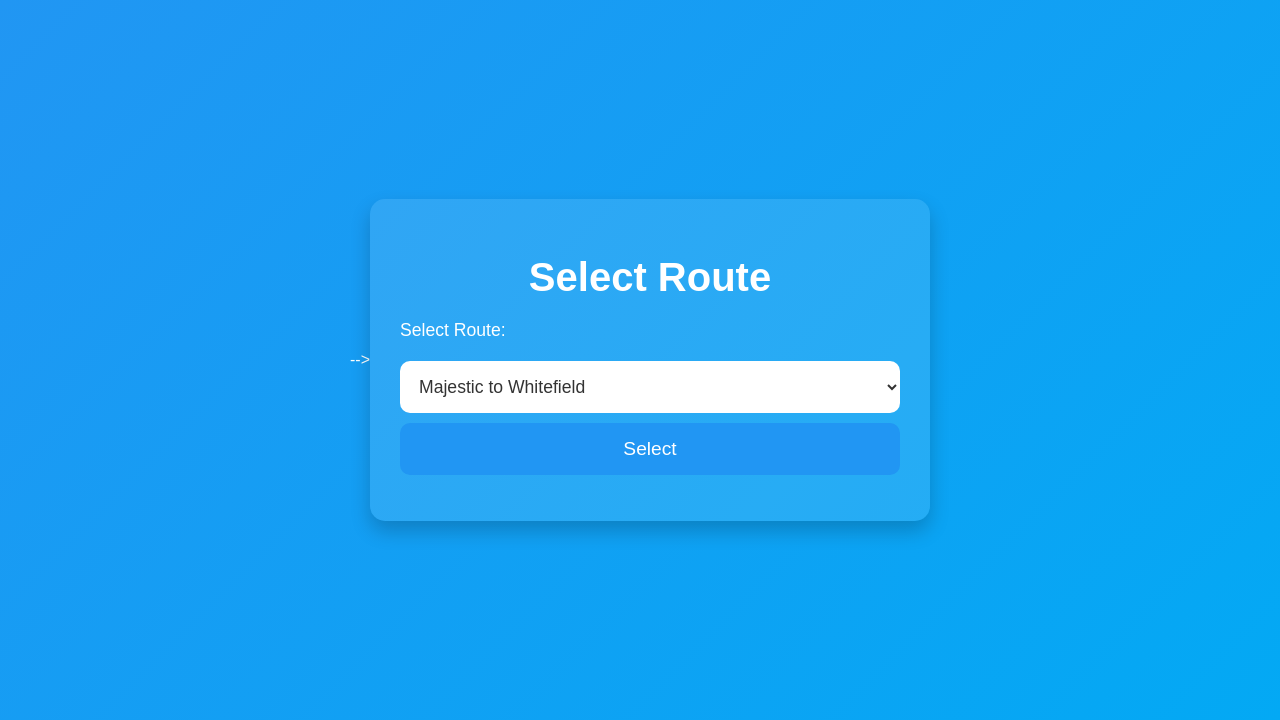
Repository: harutoNaiz/urban-mobility-system
Page: http://localhost/select_route
The author's editor kept a copy of each file at every save. The page is drawn from the files as they stood at one save, then again after a run of saves.
The browser window is 1280 px wide. The pictures show the whole page.
The page is served by the project's application, run on Flask 3 (app.py). The session is filled in as if someone had signed in: {"user_id": 1}. The database holds what the project's SQL file puts in it.

Above is the page before, as saved 2024-11-13 09:00:12.

### app.py
from flask import Flask, render_template, request, redirect, url_for, jsonify, session
import pymysql
import json

# Import database config
# config.py
DB_CONFIG = {
    'host': 'localhost',
    'user': 'root',
    'password': '',
    'db': 'urban_mobility1',
    'charset': 'utf8mb4',
    'cursorclass': pymysql.cursors.DictCursor
}

app = Flask(__name__)
app.secret_key = 'your_secret_key'  # Set a secret key for the session

# Connect to the MySQL database
def get_db_connection():
    return pymysql.connect(**DB_CONFIG)

@app.route('/')
def index():
    return redirect(url_for('sign_in'))

# Sign-in page for existing users
@app.route('/sign_in', methods=['GET', 'POST'])
def sign_in():
    if request.method == 'POST':
        email = request.form['email']
        connection = get_db_connection()
        with connection.cursor() as cursor:
            cursor.execute("SELECT * FROM Users WHERE JSON_UNQUOTE(JSON_EXTRACT(ContactInfo, '$.Email')) = %s", (email,))
            user = cursor.fetchone()
        connection.close()

        if user:
            # Store the user ID in the session
            session['user_id'] = user['UserID']
            # Redirect to route selection page
            return redirect(url_for('select_route'))
        else:
            return "User not found", 404

    return render_template('sign_in.html')

# Register a new user
@app.route('/register', methods=['GET', 'POST'])
def register_user():
    if request.method == 'POST':
        name = request.form['name']
        phone = request.form['phone']
        email = request.form['email']
        preferred_transport = request.form['preferred_transport']
        commuting_pattern = request.form['commuting_pattern']

        # Create ContactInfo JSON
        contact_info = json.dumps({
            'Phone': phone,
            'Email': email
        })

        connection = get_db_connection()
        with connection.cursor() as cursor:
            sql = "INSERT INTO Users (Name, ContactInfo, PreferredTransportMode, CommutingPattern) VALUES (%s, %s, %s, %s)"
            cursor.execute(sql, (name, contact_info, preferred_transport, commuting_pattern))
            new_user_id = cursor.lastrowid
            connection.commit()
        connection.close()

        # Store the new user ID in the session
        session['user_id'] = new_user_id

        # Redirect to the route selection page
        return redirect(url_for('select_route'))

    return render_template('register.html')

# Route selection with congestion suggestion
@app.route('/select_route', methods=['GET', 'POST'])
def select_route():
    # Get the user ID from the session
    user_id = session.get('user_id')

    if request.method == 'POST':
        route_id = request.form['route_id']

        # Check congestion level for the selected route
        connection = get_db_connection()
        with connection.cursor() as cursor:
            cursor.execute("SELECT CheckTrafficWarning(%s) AS traffic_warning", (route_id,))
            traffic_warning = cursor.fetchone()['traffic_warning']
        connection.close()

        if traffic_warning:
            return render_template('congestion_warning.html', traffic_warning=traffic_warning, route_id=route_id, user_id=user_id)
        else:
            return redirect(url_for('suggest_routes', route_id=route_id, user_id=user_id))

    # Fetch available routes for user
    connection = get_db_connection()
    with connection.cursor() as cursor:
        cursor.execute("SELECT * FROM Routes")
        routes = cursor.fetchall()
    connection.close()

    return render_template('select_route.html', routes=routes, user_id=user_id)

# Handle budget input and show options
@app.route('/suggest_routes', methods=['POST'])
def suggest_routes():
    # Get the user ID from the session
    user_id = session.get('user_id')

    if not user_id:
        return jsonify({'message': 'User not authenticated.'}), 401

    budget = float(request.form['budget'])
    route_id = int(request.form['route_id'])

    connection = get_db_connection()
    with connection.cursor() as cursor:
        sql = """
        SELECT Journeys.JourneyID, Journeys.TransportModeID, MIN(JourneyCost) AS Cost
        FROM Journeys
        WHERE StartLocation = (SELECT StartPoint FROM Routes WHERE RouteID = %s)
        AND EndLocation = (SELECT EndPoint FROM Routes WHERE RouteID = %s)
        AND JourneyCost <= %s
        GROUP BY Journeys.JourneyID, Journeys.TransportModeID
        ORDER BY Cost
        """

        cursor.execute(sql, (route_id, route_id, budget))  # Ensure using %s placeholders here
        suggested_routes = cursor.fetchall()
    connection.close()

    return render_template('payment.html', suggested_routes=suggested_routes, user_id=user_id)


@app.route('/process_booking', methods=['POST'])
def process_booking():
    # Get the user ID from the session
    user_id = session.get('user_id')

    if not user_id:
        return jsonify({'message': 'User not authenticated.'}), 401

    transport_mode_id = int(request.form['transport_mode_id'])
    journey_cost = float(request.form['cost'])
    payment_method = request.form['payment_method']

    connection = get_db_connection()
    with connection.cursor() as cursor:
        # Check capacity
        cursor.execute("SELECT Capacity, CurrentOccupancy FROM TransportModes WHERE TransportModeID = %s", (transport_mode_id,))
        transport_mode = cursor.fetchone()

        if transport_mode['CurrentOccupancy'] < transport_mode['Capacity']:
            # Proceed with booking
            cursor.execute("""
            INSERT INTO Journeys (StartLocation, EndLocation, StartTime, JourneyCost, TransportModeID)
            VALUES ('Unknown Start', 'Unknown End', NOW(), %s, %s)
            """, (journey_cost, transport_mode_id))
            connection.commit()

            # Update occupancy
            cursor.execute("UPDATE TransportModes SET CurrentOccupancy = CurrentOccupancy + 1 WHERE TransportModeID = %s", (transport_mode_id,))
            connection.commit()

            # Record payment
            cursor.execute("""
            INSERT INTO Payments (UserID, ProviderID, Amount, PaymentDate, PaymentMethod, DiscountApplied)
            VALUES (%s, (SELECT ProviderID FROM TransportModes WHERE TransportModeID = %s), %s, NOW(), %s, 0)
            """, (user_id, transport_mode_id, journey_cost, payment_method))
            connection.commit()
        else:
            return jsonify({'message': 'Capacity exceeded. Booking failed.'}), 400

    connection.close()
    return jsonify({'message': 'Booking and payment successful!'}), 200

@app.route('/logout')
def logout():
    session.pop('user_id', None)  # Remove user ID from session
    return redirect(url_for('sign_in'))  # Redirect to sign-in page


if __name__ == '__main__':
    app.run(debug=True)

### templates/select_route.html
-->


<!DOCTYPE html>
<html lang="en">
<head>
    <meta charset="UTF-8">
    <meta name="viewport" content="width=device-width, initial-scale=1.0">
    <title>Select Route</title>
    <style>
        body {
            font-family: 'Arial', sans-serif;
            background: linear-gradient(135deg, #2196F3, #03A9F4);
            margin: 0;
            padding: 0;
            height: 100vh;
            display: flex;
            justify-content: center;
            align-items: center;
            color: #fff;
        }

        .container {
            background: rgba(255, 255, 255, 0.1);
            padding: 30px;
            border-radius: 15px;
            box-shadow: 0 10px 20px rgba(0, 0, 0, 0.2);
            width: 100%;
            max-width: 500px;
            text-align: center;
        }

        h1 {
            font-size: 2.5rem;
            margin-bottom: 20px;
            color: #fff;
        }

        label {
            font-size: 1.1rem;
            display: block;
            margin-bottom: 10px;
            text-align: left;
            color: #fff;
        }

        select {
            width: 100%;
            padding: 15px;
            margin: 10px 0;
            font-size: 1.1rem;
            border: none;
            border-radius: 10px;
            background-color: #fff;
            color: #333;
            box-sizing: border-box;
        }

        button {
            width: 100%;
            padding: 15px;
            background-color: #2196F3;
            color: #fff;
            font-size: 1.2rem;
            border: none;
            border-radius: 10px;
            cursor: pointer;
            transition: background-color 0.3s ease;
        }

        button:hover {
            background-color: #1976D2;
        }

        p {
            margin-top: 20px;
            color: #fff;
        }

        a {
            color: #03A9F4;
            text-decoration: none;
            font-weight: bold;
        }

        a:hover {
            color: #fff;
        }
    </style>
</head>
<body>

    <div class="container">
        <h1>Select Route</h1>
        <form method="POST">
            <label for="route_id">Select Route:</label>
            <select id="route_id" name="route_id">
                {% for route in routes %}
                    <option value="{{ route.RouteID }}">{{ route.StartPoint }} to {{ route.EndPoint }}</option>
                {% endfor %}
            </select><br>

            <input type="hidden" name="user_id" value="{{ user_id }}">

            <button type="submit">Select</button>
        </form>
    </div>
</body>
</html>

### urban_mobility1.sql (the tables this page reads)
CREATE TABLE Routes (
    RouteID INT AUTO_INCREMENT PRIMARY KEY,
    TransportModeID INT,
    StartPoint VARCHAR(100),
    EndPoint VARCHAR(100),
    RouteMap JSON,
    Distance DECIMAL(10, 2),
    EstimatedTime TIME,
    MaxTrafficLevel ENUM('Low', 'Medium', 'High') DEFAULT 'Low',
    CurrentTrafficLevel ENUM('Low', 'Medium', 'High') DEFAULT 'Low',
    FOREIGN KEY (TransportModeID) REFERENCES TransportModes(TransportModeID)
);

INSERT INTO Routes (TransportModeID, StartPoint, EndPoint, RouteMap, Distance, EstimatedTime, MaxTrafficLevel, CurrentTrafficLevel) VALUES
(17, 'Majestic', 'Whitefield', '{"Path": ["Majestic", "MG Road", "Ulsoor", "Whitefield"]}', 20.5, '01:15:00', 'Medium', 'Low'),
(18, 'Nagasandra', 'Yelachenahalli', '{"Path": ["Nagasandra", "Rajajinagar", "MG Road", "Yelachenahalli"]}', 18.0, '00:45:00', 'Low', 'Low'),
(19, 'Koramangala', 'Electronic City', '{"Path": ["Koramangala", "Silk Board", "HSR Layout", "Electronic City"]}', 12.0, '00:30:00', 'High', 'Medium'),
(20, 'Indiranagar', 'Kormangala', '{"Path": ["Indiranagar", "Domlur", "Ejipura", "Koramangala"]}', 5.0, '00:20:00', 'Low', 'Low');

### templates/navbar.html
<!-- templates/navbar.html -->
<nav class="navbar">
    <ul>
        <li><a href="{{ url_for('select_route') }}">Select Route</a></li>
        <li><a href="{{ url_for('logout') }}">Logout</a></li>
    </ul>
</nav>
<style>
    /* Styling for the navbar */
    .navbar {
        position: fixed;
        top: 0;
        width: 100%;
        background: rgba(33, 150, 243, 0.8); /* Transparent blue to match the page style */
        padding: 10px 0;
        box-shadow: 0 4px 8px rgba(0, 0, 0, 0.2);
        display: flex;
        justify-content: center;
        z-index: 1000;
    }

    .navbar ul {
        list-style: none;
        margin: 0;
        padding: 0;
        display: flex;
        gap: 20px;
    }

    .navbar ul li {
        margin: 0;
    }

    .navbar ul li a {
        color: white;
        text-decoration: none;
        padding: 10px 20px;
        font-size: 1rem;
        font-weight: bold;
        border-radius: 8px;
        transition: background-color 0.3s ease;
    }

    .navbar ul li a:hover {
        background-color: rgba(255, 255, 255, 0.3); /* Hover effect */
    }
</style>

After the next 4 saves:
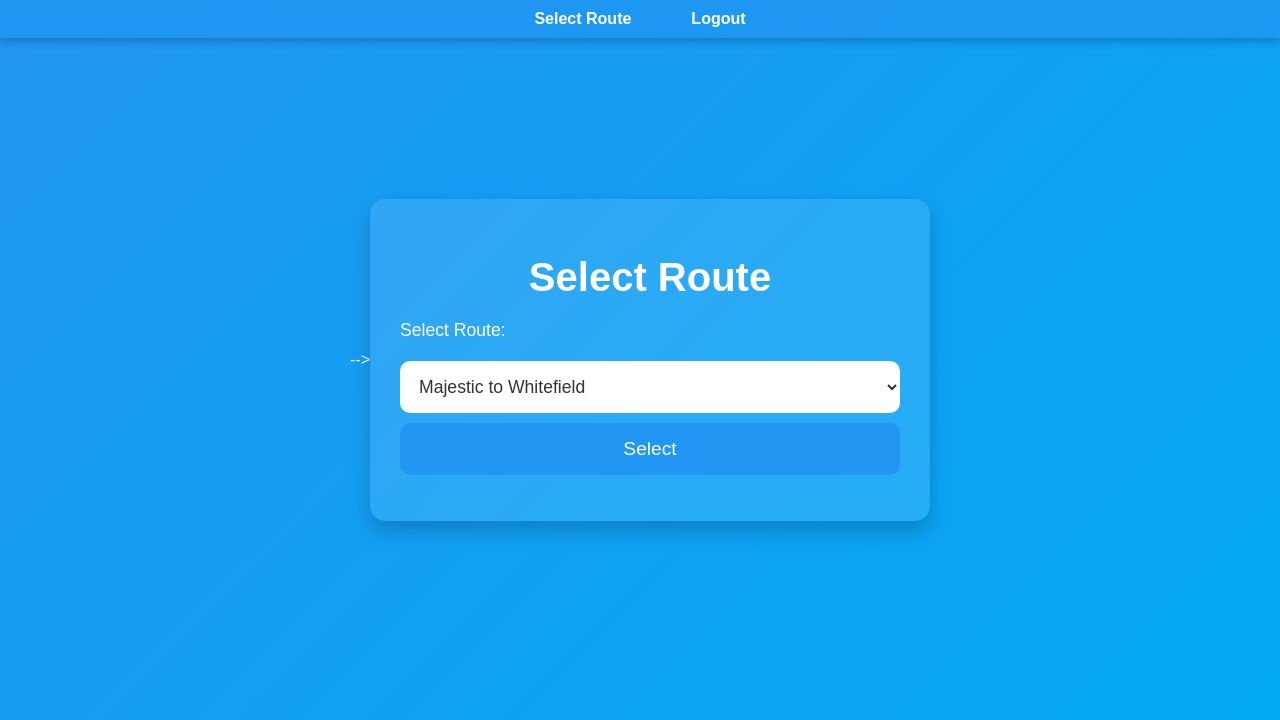
The 4 saves are shown as one change because they came seconds apart.
The last was saved 18 s later.
--- a/templates/select_route.html
+++ b/templates/select_route.html
@@ -90,6 +90,11 @@
 </head>
 <body>
 
+    {% if session.get('user_id') %}
+        {% include 'navbar.html' %}
+    {% endif %}
+
+
     <div class="container">
         <h1>Select Route</h1>
         <form method="POST">
